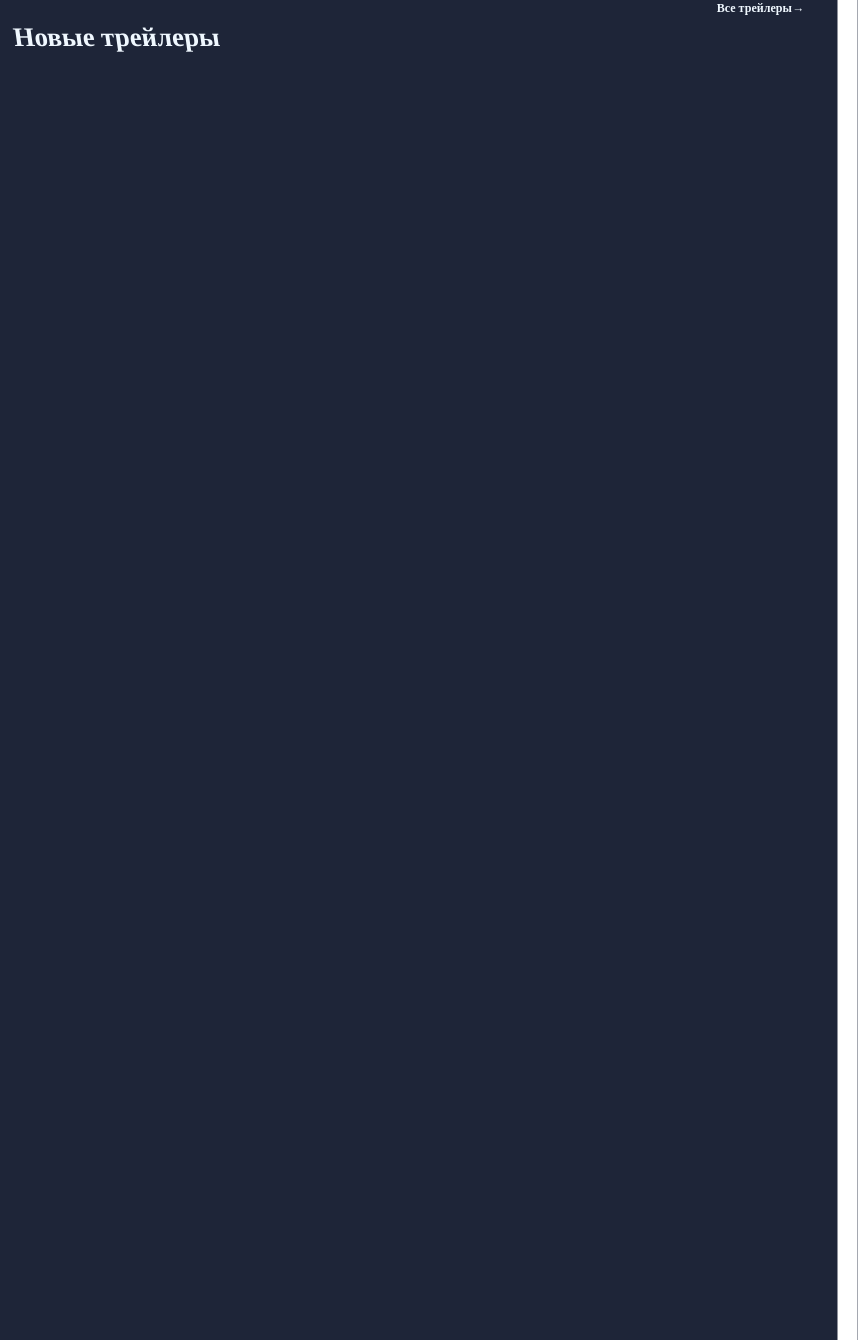
Repository: KHANas02/code
Page: index.html
The author's editor kept a copy of each file at every save. The page is drawn from the files as they stood at one save, then again after the next save.
The browser window is 1280 px wide. The pictures show the whole page, at 67% of full size.
The pointer rests on the first visible `h1`.

Above is the page before, as saved 2024-03-14 13:41:07.

After the next save:
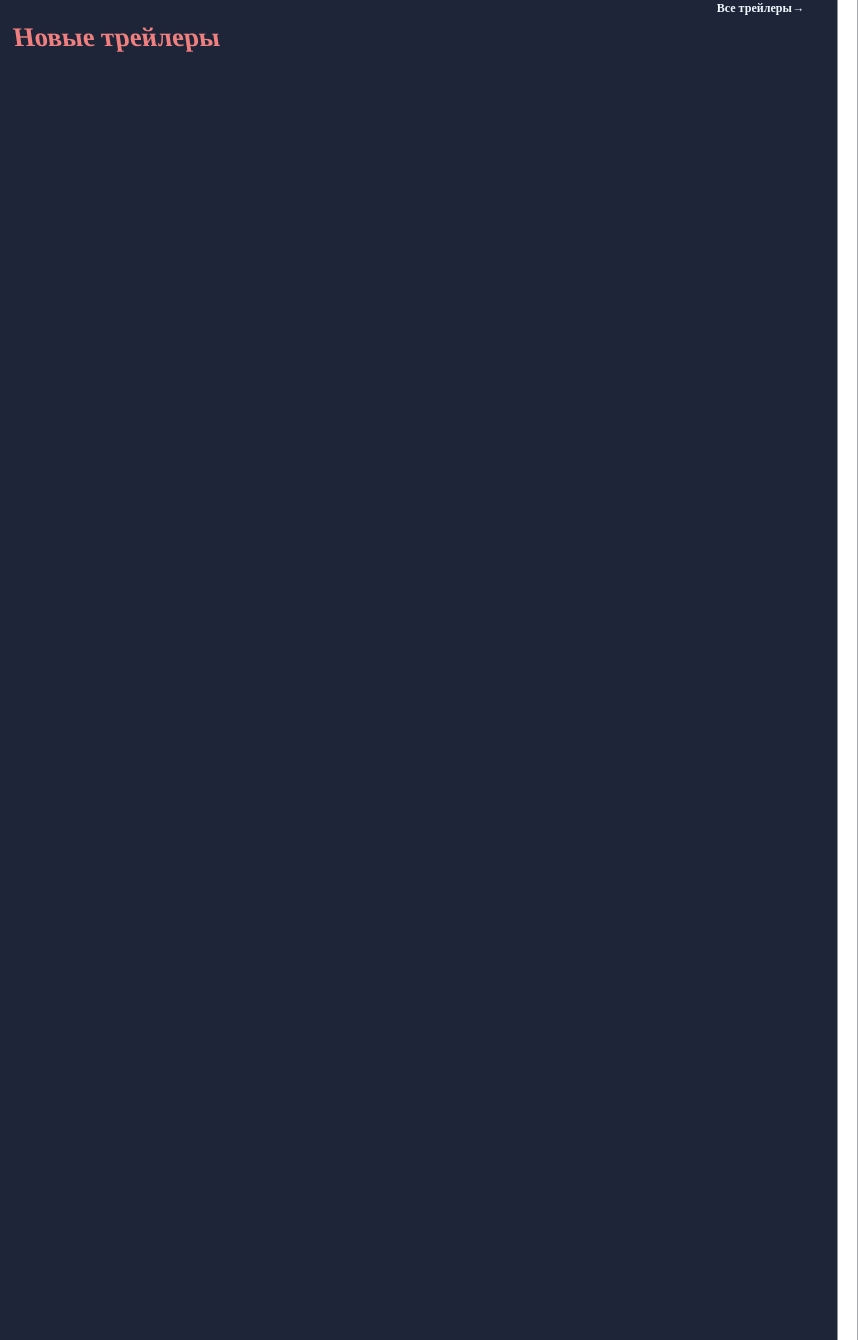
Saved 4 s later.
--- a/style.css
+++ b/style.css
@@ -5,7 +5,7 @@
 }
 h1:hover {
   transform: skew(8deg);
-  color: lig;
+  color: lightcoral;
 }
 .divONE {
   width: 1250px;
